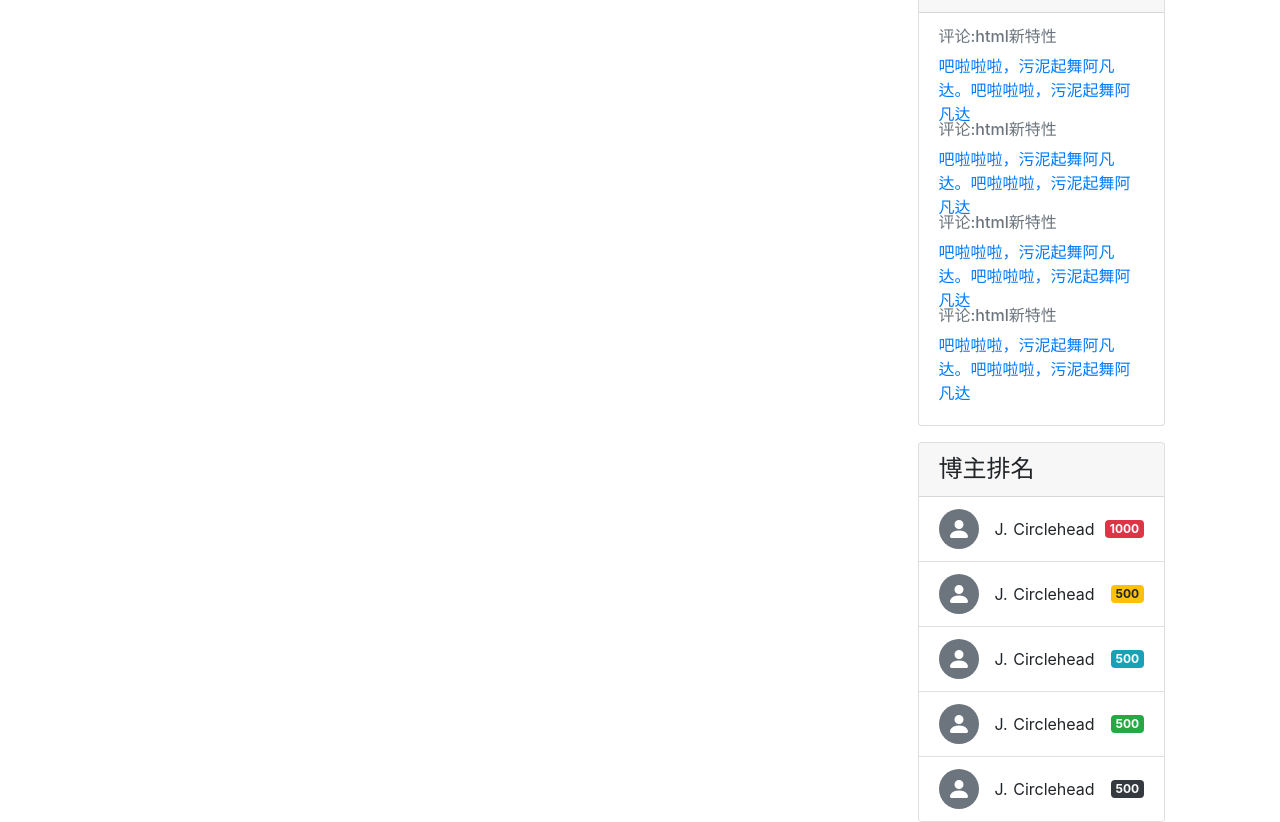
Repository: MTTTM/nuxt-xiaomatata
Page: /
An editor plug-in stored every save of this project. The page is shown before and after the next save, followed by the edit.
The browser window is 1280 px wide. The pictures show the part of the page from y = 1074 to 2026 px (the page is 1896 px tall before and 2026 px after).
The project was rebuilt for these pictures with package versions that can differ from the ones it lists, and the page was loaded fresh each time. The framework's server and built-in components were replaced by stand-ins that run in the browser. Also part of the build but not shown: nuxt.config.js, components/Logo.vue, components/aboutMe.vue, components/articleListItem.vue, components/bloggerRanking.vue, components/carouselBox.vue, components/classifyList.vue, components/commentBox.vue and 7 more. Imported but missing from the stored project, and not drawn on this page: components/cmSpinner, mixins/scrollLoad.

Above is the page before, as saved 2021-04-10 12:14:10.

After the next save:
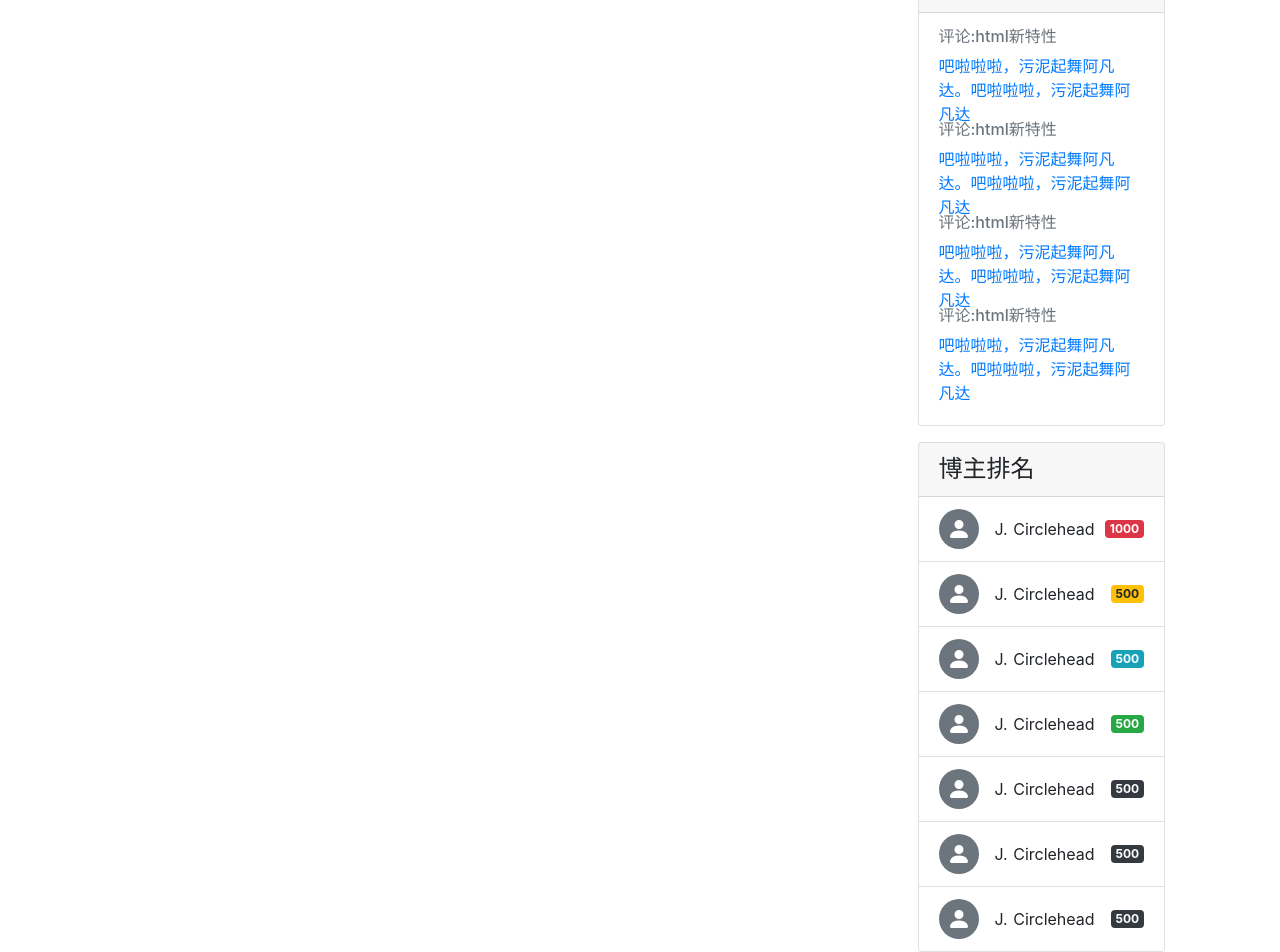
Saved 5 s later.
--- a/pages/index.vue
+++ b/pages/index.vue
@@ -161,6 +161,16 @@
                 <span class="mr-auto">J. Circlehead</span>
                 <b-badge variant="dark">500</b-badge>
               </b-list-group-item>
+              <b-list-group-item class="d-flex align-items-center">
+                <b-avatar class="mr-3"></b-avatar>
+                <span class="mr-auto">J. Circlehead</span>
+                <b-badge variant="dark">500</b-badge>
+              </b-list-group-item>
+              <b-list-group-item class="d-flex align-items-center">
+                <b-avatar class="mr-3"></b-avatar>
+                <span class="mr-auto">J. Circlehead</span>
+                <b-badge variant="dark">500</b-badge>
+              </b-list-group-item>
             </b-list-group>
           </b-card>
         </b-col>

After the save that followed:
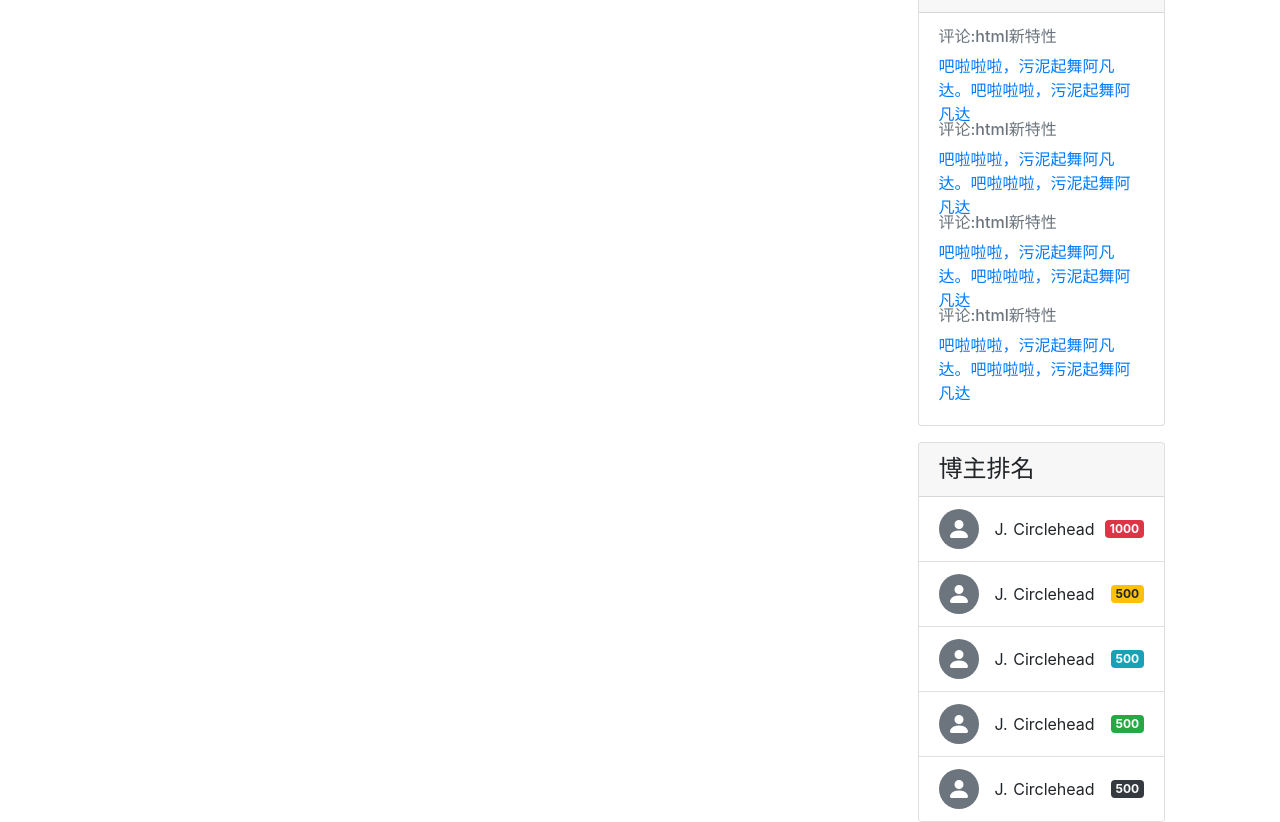
Saved 24 s later.
--- a/pages/index.vue
+++ b/pages/index.vue
@@ -161,16 +161,6 @@
                 <span class="mr-auto">J. Circlehead</span>
                 <b-badge variant="dark">500</b-badge>
               </b-list-group-item>
-              <b-list-group-item class="d-flex align-items-center">
-                <b-avatar class="mr-3"></b-avatar>
-                <span class="mr-auto">J. Circlehead</span>
-                <b-badge variant="dark">500</b-badge>
-              </b-list-group-item>
-              <b-list-group-item class="d-flex align-items-center">
-                <b-avatar class="mr-3"></b-avatar>
-                <span class="mr-auto">J. Circlehead</span>
-                <b-badge variant="dark">500</b-badge>
-              </b-list-group-item>
             </b-list-group>
           </b-card>
         </b-col>
